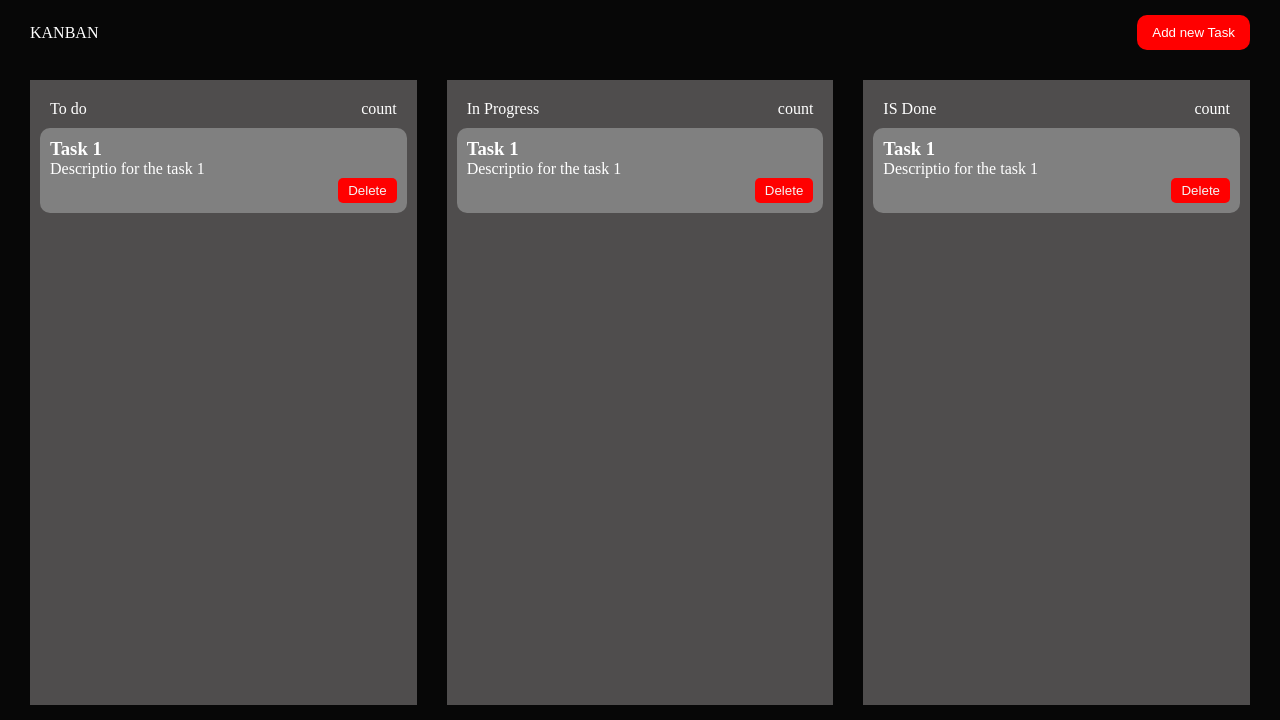
Repository: Sandeepji-5/Kanban-board
Page: index.html
These files come from the project's save history. The page is drawn as it stood at one moment and after the next save; the edit follows.
The browser window is 1280 px wide. The pictures show the whole page.

Above is the page before, as saved 2025-12-09 12:17:28.

### index.html
<!DOCTYPE html>
<html lang="en">
<head>
    <meta charset="UTF-8">
    <meta name="viewport" content="width=device-width, initial-scale=1.0">
    <title>Document</title>
    <link rel="stylesheet" href="style.css">
</head>
<body>
    <main>
        <nav>
            <div class="left">KANBAN</div>
            <div class="right"><button>Add new Task</button></div>
        </nav>
        <section class="board">
            <div   id="todo" class="task-column">
                <div class="heading">
                    <div class="left">To do </div>
                      <div class="right">count</div>
                </div>
                <div class="task">
                    <h3>Task 1</h3>
                    <p>Descriptio for the task 1 </p>
                    <button>Delete</button>
                </div>
            </div>
            <div id="progress" class="task-column">
                <div class="heading">
                    <div class="left">In Progress</div>
                    <div class="right">count</div>
                </div>
                   <div class="task">
                    <h3>Task 1</h3>
                    <p>Descriptio for the task 1 </p>
                    <button>Delete</button>
                </div>
            </div>
            <div  id="done"   class="task-column">
                <div class="heading">
                    <div class="left">IS Done </div>
                    <div class="right"> count</div>
                </div>
                   <div class="task">
                    <h3>Task 1</h3>
                    <p>Descriptio for the task 1 </p>
                    <button>Delete</button>
                </div>
            </div>
        </section>


    </main>
    <script src="kanban.js"></script>
</body>
</html>

### style.css
* {
    margin: 0;
    padding: 0;

    box-sizing: border-box;
}

html,
body {
    width: 100%;
    height: 100%;

}

:root {
    --bg-color: #0000000;
    --bg-button-color: rgb(79, 77, 77);
    --primary-text-color: #f4f4f4;
    --bg-task-color:gray;
    --bg-delete-color:red;



    /* padding 1 rem 2 rem */
    --nav-padding: 15px 30px;
    --section-padding: 15px 30px;
    --padding-s: 5px;
    --padding-m: 10px;
    --padding-l: 15px;
    --padding-xl: 20px;
    --padding-xxl: 30px;


    /* border radius variable  */



    --border-radius-s:5px;
    --border-radius-m:10px;
    --border-radius-l:15px;
    --border-radius-xl:20px;
    --border-radius-xxl:30px;


}

body {
    background-color: rgb(7, 7, 7);
    color: white;
}
main{
    display: flex;
    height: 100%;
    width: 100%;
    flex-direction: column;


}

nav{
    padding: var(--nav-padding);
    display: flex;
    align-items: center;
    justify-content: space-between;

}
nav button{
    background-color: red;
    color: white;
    border: none;
    outline: none;
    padding: var(  --padding-m) var(  --padding-l);
    cursor: pointer;
    border-radius:var(--border-radius-m) ;

}


section{
    padding:var(--section-padding);
    /* height: 100%; */
    display: flex;
    flex-grow: 1;
    justify-content: space-between;

    gap: var(--padding-xxl);

}
section .task-column{
    padding: var(--padding-m);
    background-color: var(--bg-button-color);
    flex-grow: 1  ;
    padding: var(--padding-m)  ;
    display: flex;
    flex-direction: column;
    transition: all 0.7s cubic-bezier(0.19, 1, 0.22, 1);




}
section .task-column:hover {
     border: 2px dashed rgb(247, 246, 246);
    transform: scale(1.05);
}
section .task-column .heading{
    display: flex;
    justify-content: space-between ;
    padding: var(--padding-m);
}


section .task-column  .task{

    display: flex;
    flex-direction: column;
    padding: var(--padding-m);
    border-radius: var(--border-radius-m);
    background-color: var(--bg-task-color);


}

section .task-column .task button{
    align-self: flex-end;
    cursor: pointer;
    padding: var(--padding-s) var(--padding-m);
    border-radius: var(--border-radius-s);
    border: none;
    outline: none;
    background-color: var(--bg-delete-color);
    color: var(--primary-text-color)  ;
}

### kanban.js
const todo =  document.querySelector('#todo');
const progress = document.querySelector('#progress')
const done = document.querySelector('#done');

console.log(todo, progress, done);

const tasks = document.querySelectorAll('.task');

tasks.forEach(task =>{
    task.addEventListener("drag",(e)=>{
        console.log("dragging", e);
    })
})

After the next save:
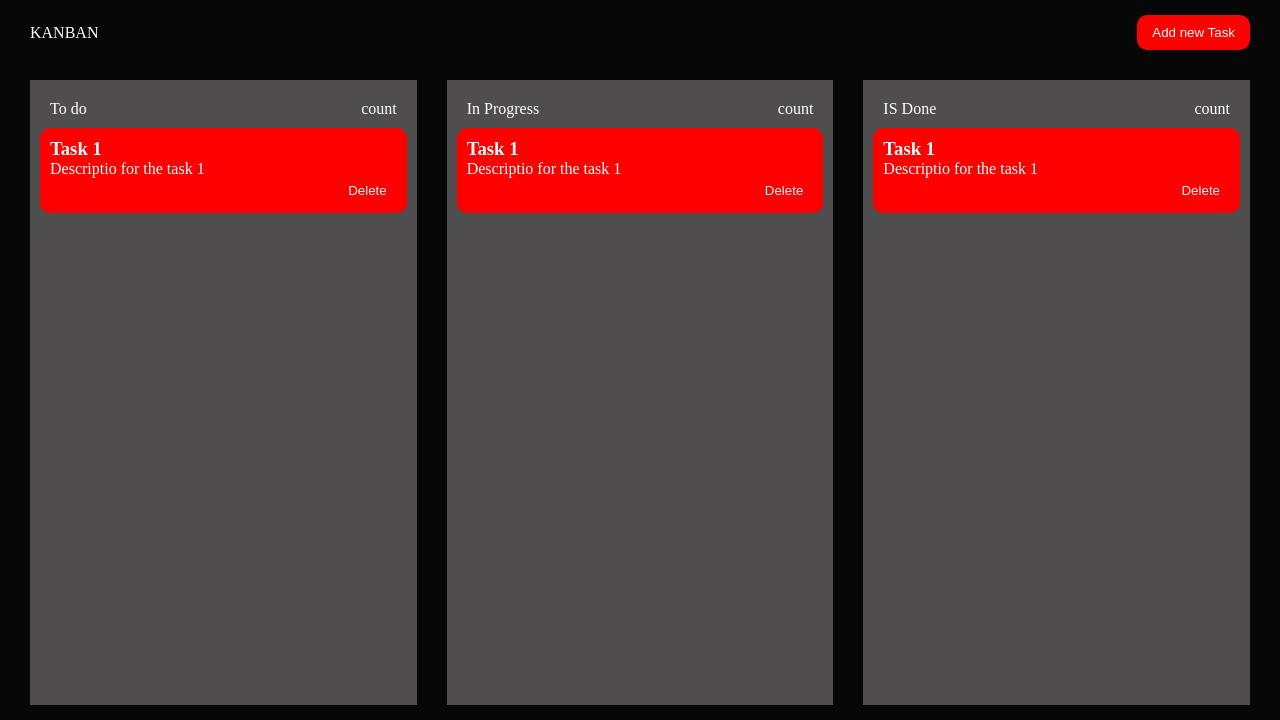
Saved 3 min 32 s later.
--- a/style.css
+++ b/style.css
@@ -116,7 +116,8 @@ section .task-column  .task{
     flex-direction: column;
     padding: var(--padding-m);
     border-radius: var(--border-radius-m);
-    background-color: var(--bg-task-color);
+    /* background-color: var(--bg-task-color); */
+     background-color:red;
 
 
 }
